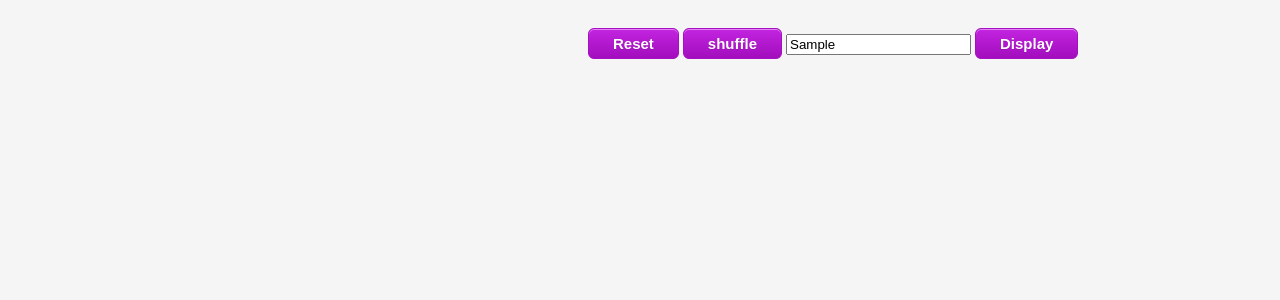
Repository: rashmikagamage/puzzle-vanila-js
Page: index.html
These files come from the project's save history. The page is drawn as it stood at one moment and after the next save; the edit follows.
The browser window is 1280 px wide. The pictures show the whole page.
Empty fields were first filled with sample values (such as "Sample", 5 or name@example.com).
After loading, the first visible `button[onclick="display()"]` was clicked once.

Above is the page before, as saved 2020-08-06 13:21:51.

After the next save:
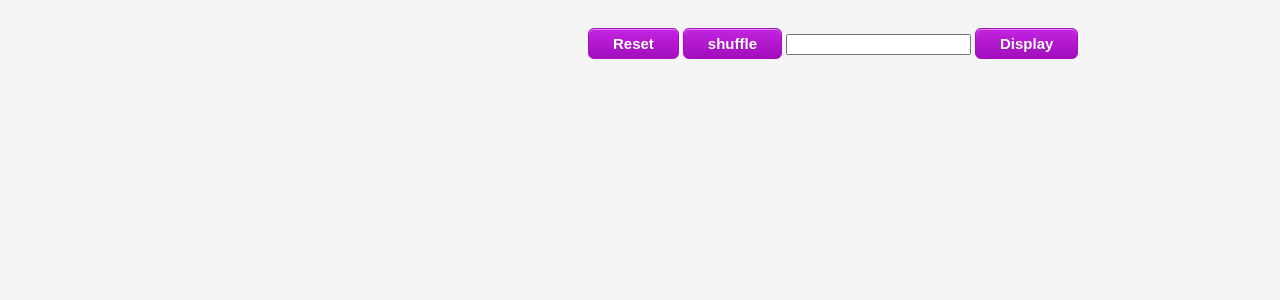
Saved 67 s later.
--- a/function.js
+++ b/function.js
@@ -6,11 +6,11 @@
 let num2;
 
 function display() {
-    let e = document.getElementById("imgContainer");
-    e.innerHTML = ""
+
 
     num = parseInt(document.getElementById("number").value);
     num2 = num;
+    document.getElementById("number").value = ""
     cellsCopy = [...cells];
     let cellSize = 450 / num + "px";
     let diff = 100 / num;

After the save that followed:
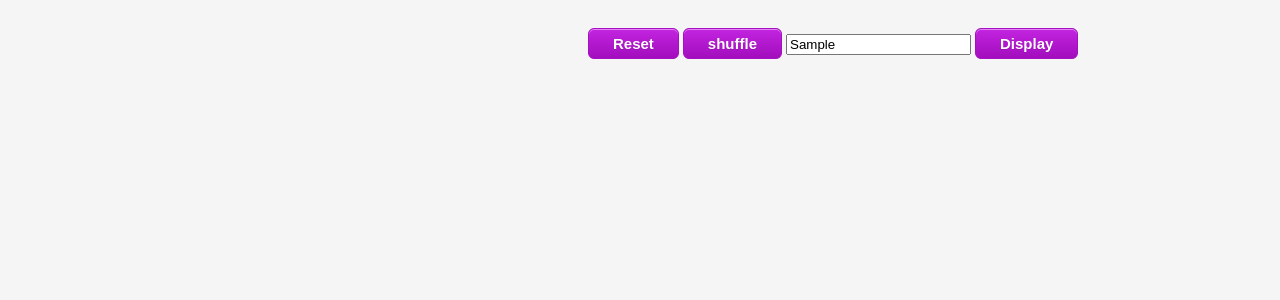
Console error: SyntaxError: Illegal break statement
Saved 100 s later.
--- a/function.js
+++ b/function.js
@@ -7,7 +7,10 @@
 
 function display() {
 
-
+    if (document.getElementById("number").value == "") {
+        alert("enter a number");
+        break
+    }
     num = parseInt(document.getElementById("number").value);
     num2 = num;
     document.getElementById("number").value = ""
